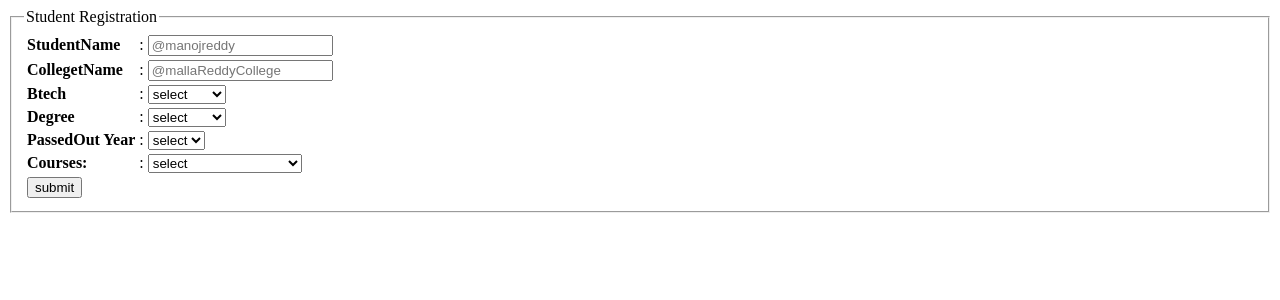
Repository: JanapatlaManojReddy/java
Page: http://localhost/institutionProject/StudentRegistration.jsp
An editor plug-in stored every save of this project. The page is shown before and after the next save, followed by the edit.
The browser window is 1280 px wide. The pictures show the whole page.
The page is served by Tomcat 9. Other server files are loaded and not shown.

Above is the page before, as saved 2023-08-19 13:08:39.

### institutionProject/src/main/webapp/StudentRegistration.jsp
<%@ page language="java" contentType="text/html; charset=ISO-8859-1"
    pageEncoding="ISO-8859-1"%>
<!DOCTYPE html>
<html>
<head>
<meta charset="ISO-8859-1">
<title>Insert title here</title>
</head>
<body>
<form>
<fieldSet action="studentServlet">
<legend>Student Registration</legend>
<div>
<table>

<tr>
<th align="left">
<lable for="sname">StudentName</lable>
</th>

<td>:
<input type="text" name="studentName" placeholder="@manojreddy" required autocomplete="off">
</td>
</tr>

<tr>

<th align="left">
<lable for="cname" align="left">CollegetName</lable></th>
<td>:
<input type="text" name="collegeName" placeholder="@mallaReddyCollege" required>
</td>

</tr>


<tr>
<th align="left">
<lable for="stream" >Btech</lable>
</th>
<td>:
<select id ="stream" name="stream" >
<option value="select" selected>select</option>
<option value ="EEE">EEE</option>
<option value ="ECE">ECE</option>
<option value ="CSE">CSE</option>
<option value ="CIVIL">CIVIL</option>
<option value ="MECH">MECH</option>
<option value ="OTHERS">OTHERS</option>
</select>
</td>
</tr>
<tr>
<th align="left">
<lable for="stream">Degree</lable></th>
<td>:
<select id ="stream" name="stream" >
<option value="select" selected>select</option>
<option value ="EEE">EEE</option>
<option value ="ECE">ECE</option>
<option value ="CSE">CSE</option>
<option value ="CIVIL">CIVIL</option>
<option value ="MECH">MECH</option>
<option value ="OTHERS">OTHERS</option>
</select>
</td>
</tr>
<tr>
<th align="left">
<lable for="pyear">PassedOut Year</lable>
</th>
<td>:
<select id="pyear" name="pyear">
<option value="select" selected>select</option>
<option value="2018">2018</option>
<option value="2019">2019</option>
<option value="2020">2020</option>
<option value="2021">2021</option>
<option value="2022">2022</option>
<option value="2023">2023</option>


</select>
</td>
</tr>
<tr>
<th align="left">
<lable for="courses">Courses:</lable></th>
<td>:
<select id ="courses" name="courses">
<option value="select" selected>select</option>
<option value="JAVAFULLSTACK">JAVAFULLSTACK </option>
<option value="PYTHONFULLSTACK">PYTHONFULLSTACK </option>
<option value="JAVA">JAVA</option>
<option value="HTML/CSS">HTML/CSS </option>
<option value="ANGULAR/REACT">ANGULAR/REACT </option>
</select>
</td>
</tr>
<tr>
<td>
<input type="submit" value="submit">
</td>
</tr>

</table>
</div>

</fieldSet>
</form>

</body>
</body>
</html>

After the next save:
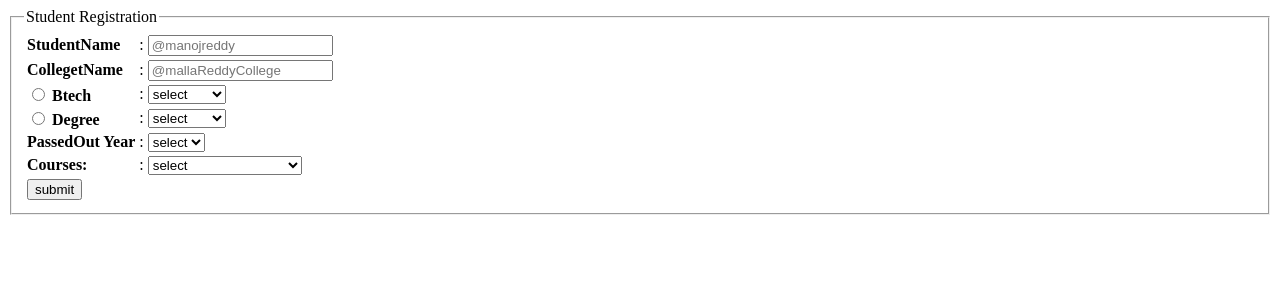
Saved 4 min 49 s later.
--- a/institutionProject/src/main/webapp/StudentRegistration.jsp
+++ b/institutionProject/src/main/webapp/StudentRegistration.jsp
@@ -36,6 +36,7 @@
 
 <tr>
 <th align="left">
+<input type="radio" name="btech">
 <lable for="stream" >Btech</lable>
 </th>
 <td>:
@@ -52,6 +53,7 @@
 </tr>
 <tr>
 <th align="left">
+<input type="radio" name="btech">
 <lable for="stream">Degree</lable></th>
 <td>:
 <select id ="stream" name="stream" >
